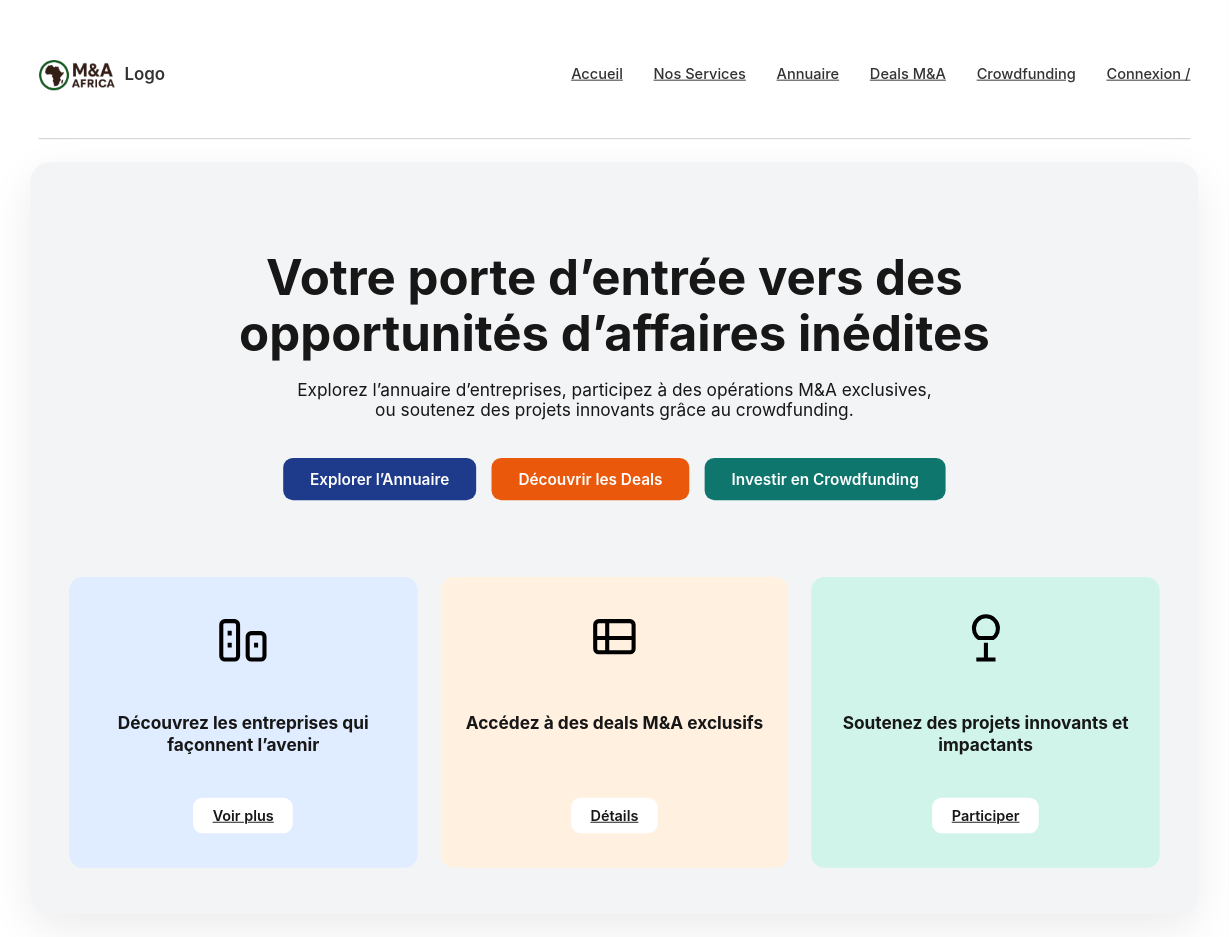
Repository: MFredy25/africa-fusion
Page: /hub
An editor plug-in stored every save of this project. The page is shown before and after the next save, followed by the edit.
The browser window is 1280 px wide. The pictures show the whole page, at 96% of full size.
The project was rebuilt for these pictures with package versions that can differ from the ones it lists, and the page was loaded fresh each time. The framework's server and built-in components were replaced by stand-ins that run in the browser. Also part of the build but not shown: next.config.js, next.config.ts.

Above is the page before, as saved 2025-06-08 16:39:08.

After the next save:
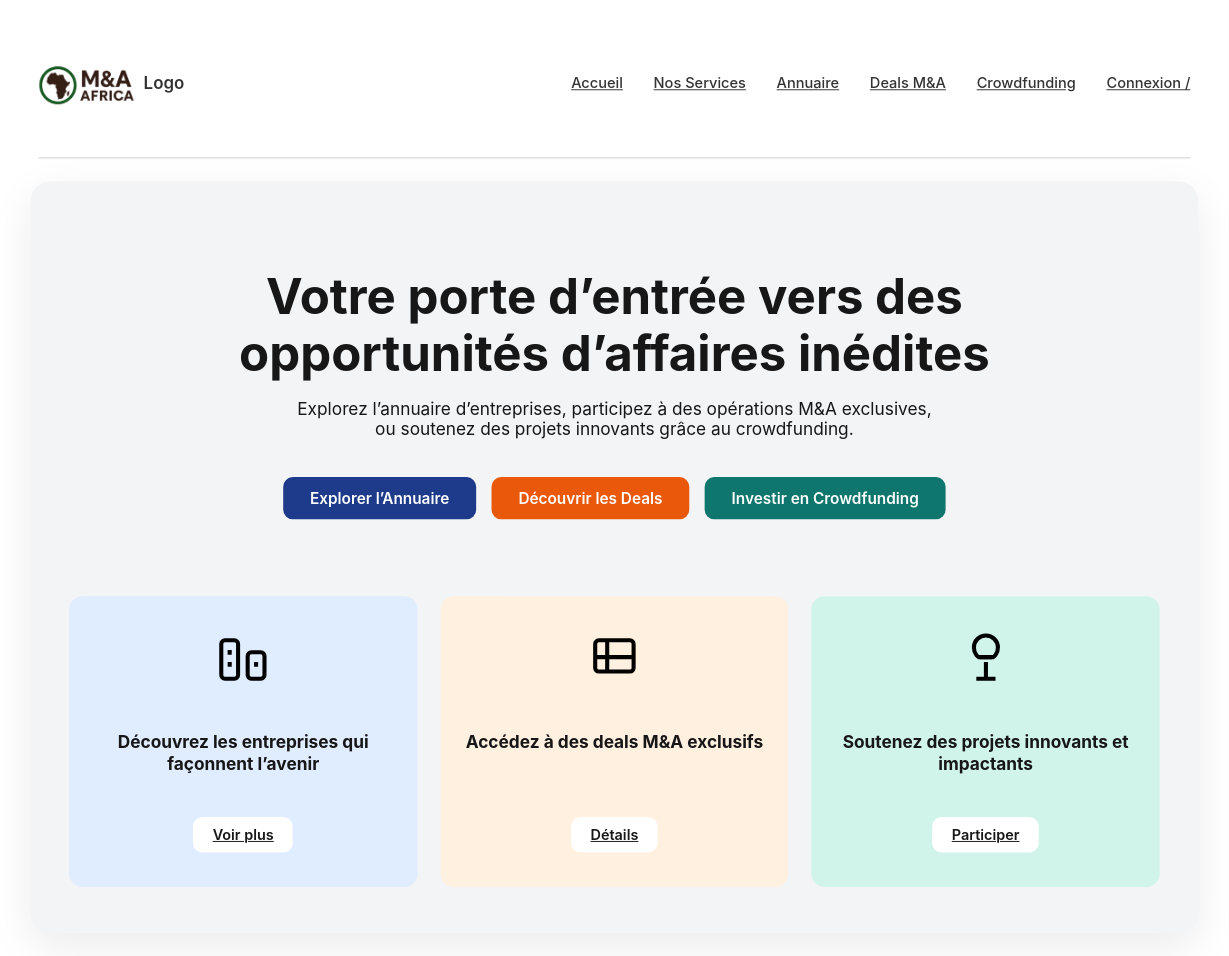
Saved 7 s later.
--- a/src/components/HubHeader.tsx
+++ b/src/components/HubHeader.tsx
@@ -36,8 +36,8 @@ export default function HubHeader() {
         <Image
           src="/images/fusion_africa.png"
           alt="Logo"
-          width={80}
-          height={80}
+          width={100}
+          height={100}
           style={{ objectFit: 'contain' }}
         />
         <span>Logo</span>
